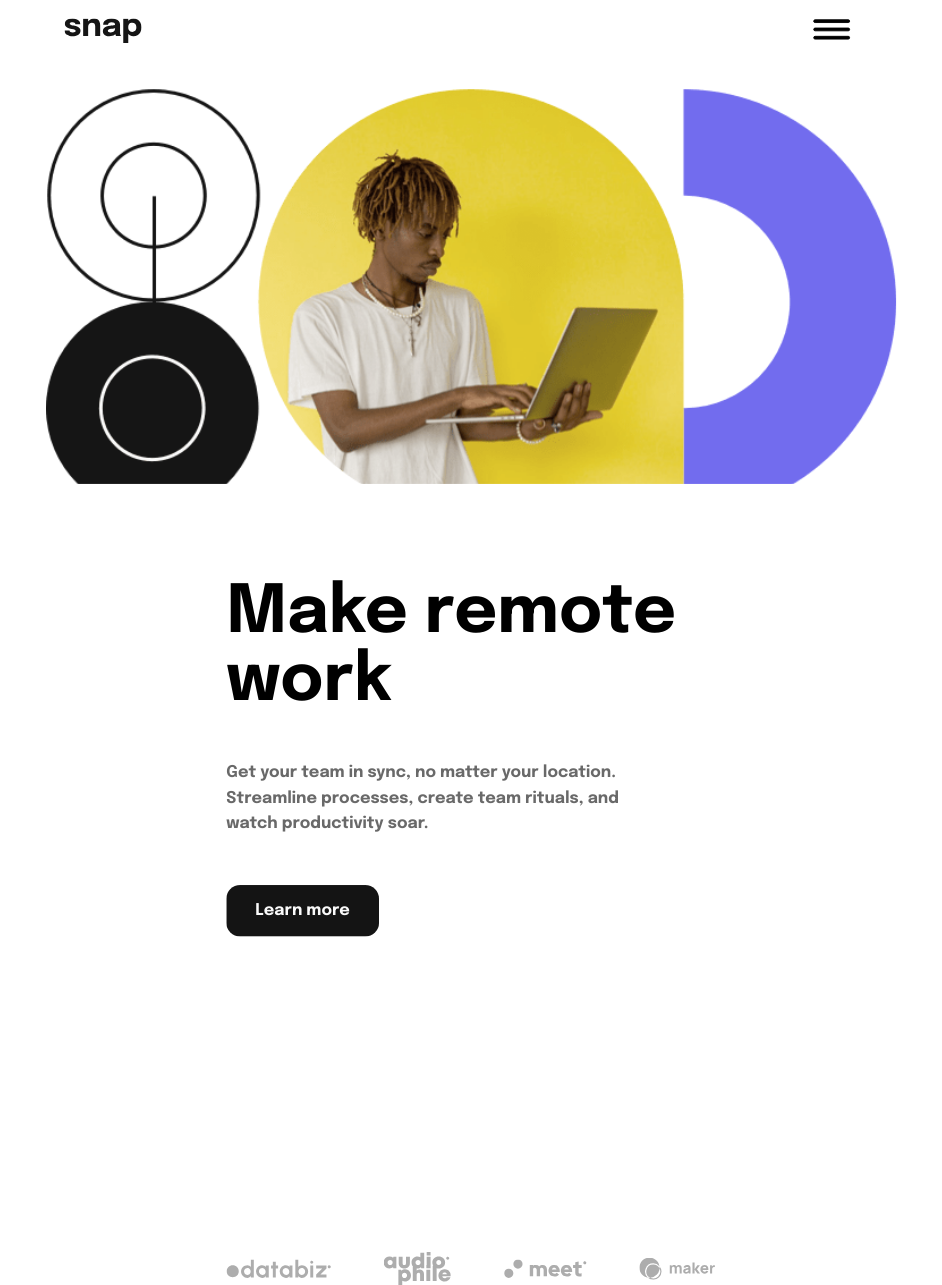
Repository: KamoliddinGIT/intro-section-with-dropdown
Page: index.html
An editor plug-in stored every save of this project. The page is shown before and after the next save, followed by the edit.
The browser window is 1024 px wide. The pictures show the whole page, at 92% of full size.

Above is the page before, as saved 2023-09-24 19:31:03.

After the next save:
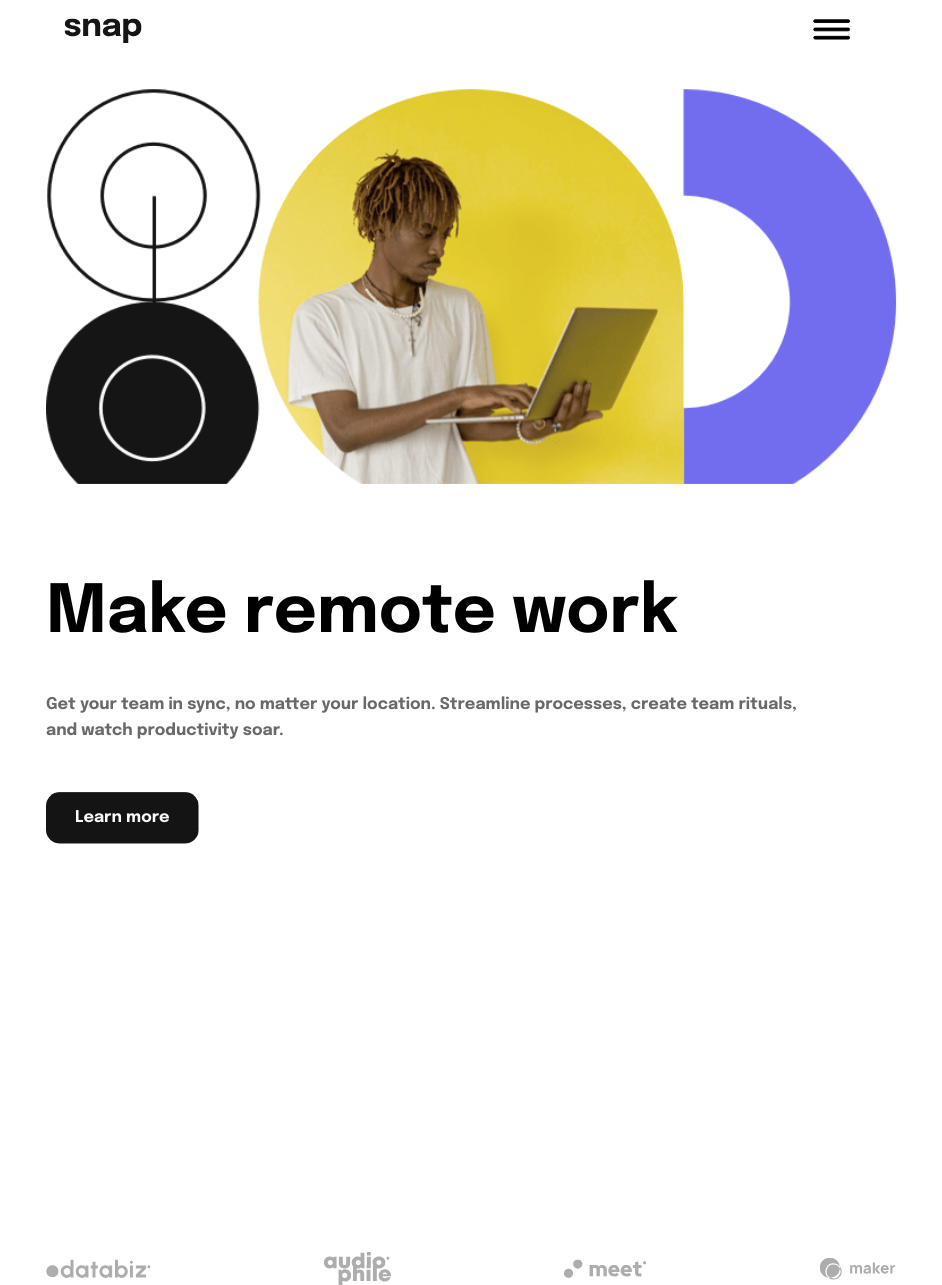
Saved 22 s later.
--- a/css/style.css
+++ b/css/style.css
@@ -438,6 +438,10 @@
     min-height: 1300px;
     flex-direction: column-reverse;
   }
+  .main-info {
+    width: 100%;
+    height: 100%;
+  }
   .main-img {
     width: 100%;
     background-image: url("../images/image-hero-mobile.png");
